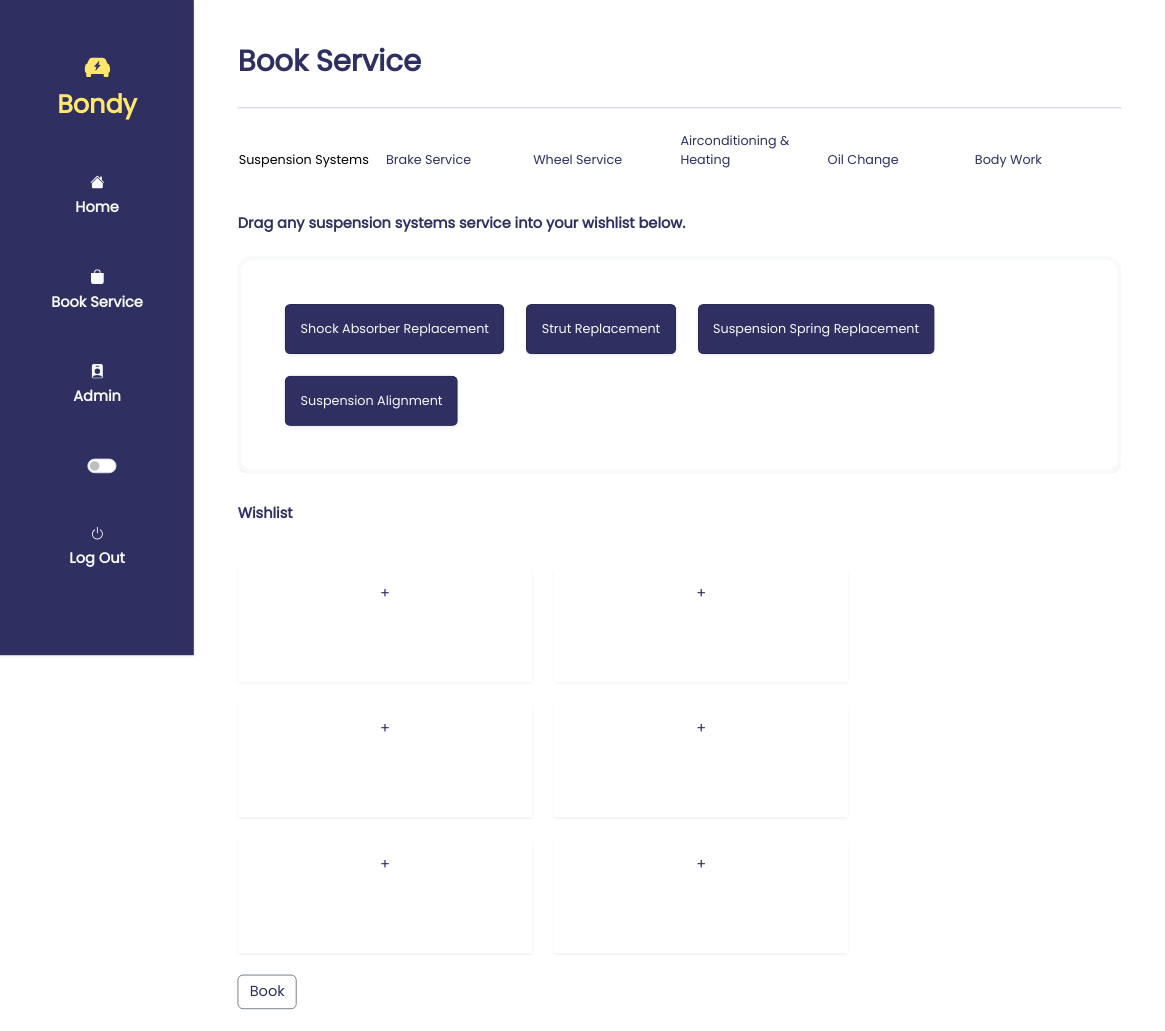
Repository: duzzisantos/bondy
Page: /book-service
The author's editor kept a copy of each file at every save. The page is drawn from the files as they stood at one save, then again after the next save.
The browser window is 1280 px wide. The pictures show the whole page, at 91% of full size.
Some web libraries are served in a nearby version. The project was rebuilt for these pictures with package versions that can differ from the ones it lists, and the page was loaded fresh each time. Also part of the build but not shown: src/components/Home/LandingPage.scss, src/components/Home/LandingPageScrollContainer.tsx, src/components/Home/TrendingServices.tsx, src/views/LandingPage.tsx, src/components/Services/Services.scss, src/components/Services/ServiceTemplate.tsx, src/views/Services.tsx.

Above is the page before, as saved 2023-06-26 22:22:10.

After the next save:
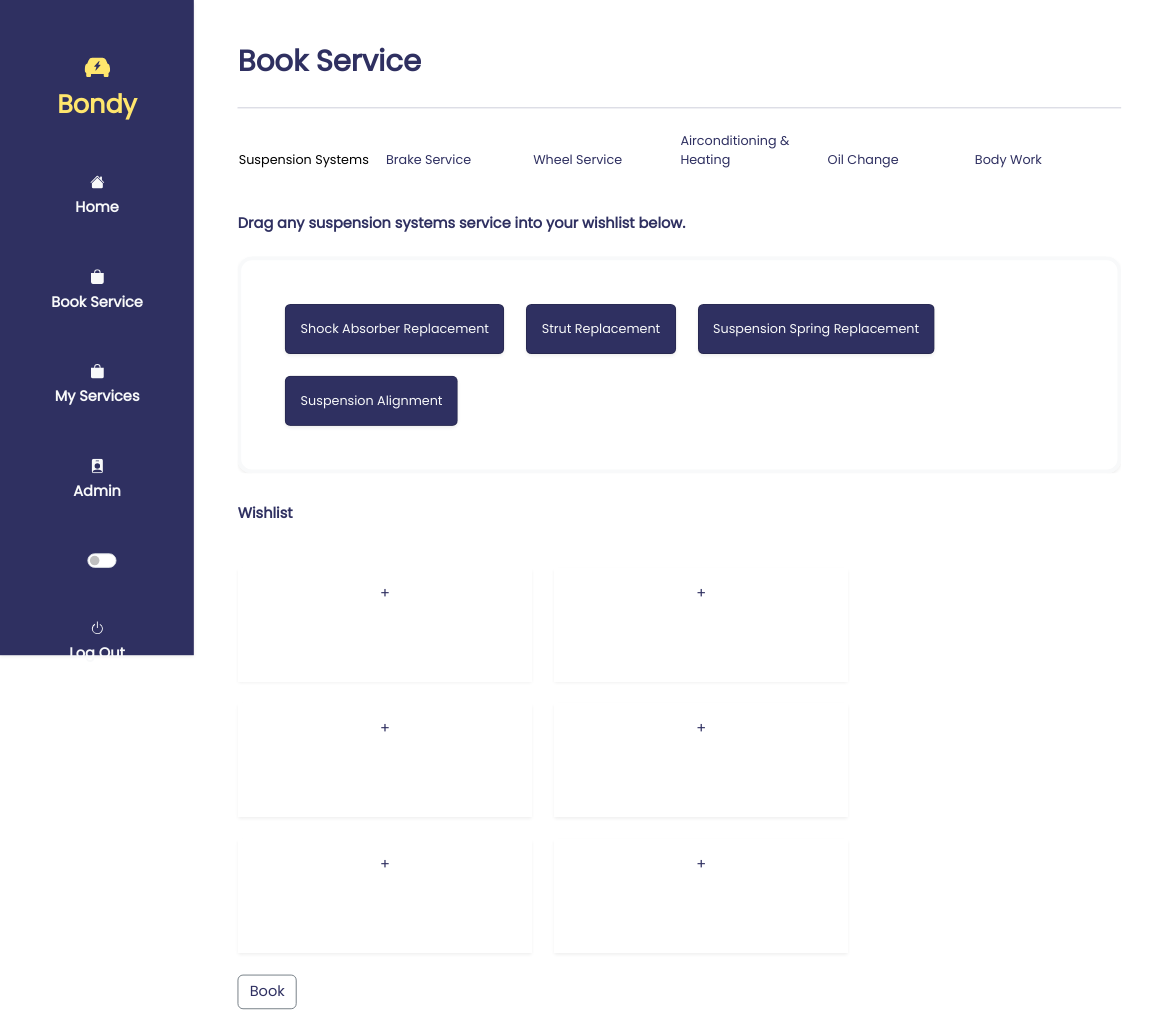
Saved 9 min 13 s later.
--- a/src/components/Navigation/SideBar.tsx
+++ b/src/components/Navigation/SideBar.tsx
@@ -61,6 +61,20 @@ const SideBar: FunctionComponent = () => {
       </Link>
 
       <Link
+        to={"/book-service"}
+        id="book-service"
+        className={`d-flex flex-column justify-content-center align-items-center p-1 gap-2 text-decoration-none fw-bold ${
+          hoverBookService ? "brand-icon-color" : "text-light"
+        }`}
+        onMouseEnter={() => setHoverBookService(true)}
+        onMouseLeave={() => setHoverBookService(false)}
+        title="Book Service"
+      >
+        <BagFill />
+        My Services
+      </Link>
+
+      <Link
         to={"/admin"}
         id="admin"
         className={`d-flex flex-column justify-content-center align-items-center p-1 gap-2 text-decoration-none fw-bold ${
